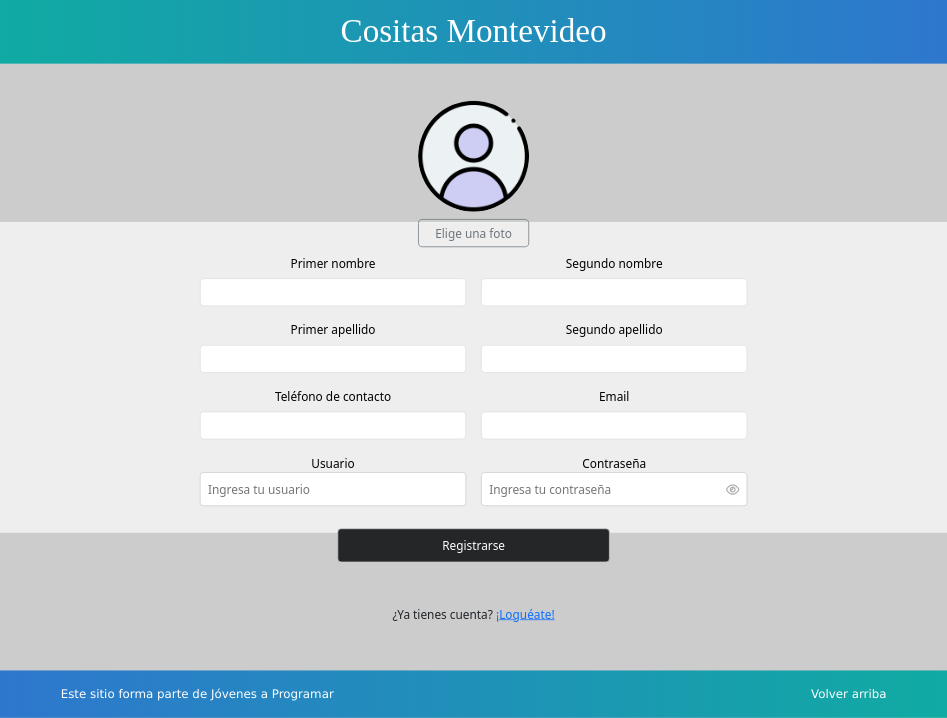
Repository: naticab/proyecto-dw
Page: registration.html
An editor plug-in stored every save of this project. The page is shown before and after the next save, followed by the edit.
The browser window is 1280 px wide. The pictures show the whole page, at 74% of full size.
Some web fonts or font styles are not loaded; a fallback is used.

Above is the page before, as saved 2024-10-23 15:27:44.
Console error: TypeError: Cannot read properties of null (reading 'classList')

### registration.html
<!DOCTYPE html>
<html lang="es">

<head>
    <meta charset="UTF-8">
    <meta name="viewport" content="width=device-width, initial-scale=1, shrink-to-fit=no">
    <title>eMercado - Todo lo que busques está aquí</title>

    <link href="https://fonts.googleapis.com/css?family=Raleway:300,300i,400,400i,700,700i,900,900i" rel="stylesheet">
    <link href="css/bootstrap.min.css" rel="stylesheet">
    <link href="https://cdn.jsdelivr.net/npm/bootstrap@5.3.0/dist/css/bootstrap.min.css" rel="stylesheet">
    <link href="https://cdn.jsdelivr.net/npm/@fortawesome/fontawesome-free/css/all.min.css" rel="stylesheet">
    <link href="css/styles.css" rel="stylesheet" type="text/css">
    <link rel="stylesheet" href="css/registration.css" type="text/css">
    <link href="css/header-and-footer.css" rel="stylesheet">
    <link href="https://fonts.googleapis.com/css2?family=Love+Ya+Like+A+Sister&display=swap" rel="stylesheet">
</head>

<body>

    <header>
        <div class="header-container">
            <h1>Cositas Montevideo</h1>
        </div>
    </header>


    <main>
        <div class="profile-container">
            <div class="profile-image">
                <img src="img/usuario.png" id="profilePic" alt="avatar">
                <input type="file" name="foto" id="foto" accept="image/*" style="display: none;" />
                <label for="foto" class="btn btn-outline-secondary">Elige una foto</label>
            </div>
            <form method="post" class="row" id="myForm">
                <div class="col-md-6">
                    <label for="nombre1" class="form-label">Primer nombre</label>
                    <input type="text" class="form-control" id="nombre1" name="nombre" required>
                    <div class="invalid-feedback">Debe ingresar un nombre.</div>
                </div>
                <div class="col-md-6">
                    <label for="nombre2" class="form-label">Segundo nombre</label>
                    <input type="text" class="form-control" id="nombre2" name="nombre2">
                </div>
                <div class="col-md-6">
                    <label for="apellido1" class="form-label">Primer apellido</label>
                    <input type="text" class="form-control" id="apellido1" name="apellido" required>
                    <div class="invalid-feedback">Debe ingresar un apellido.</div>
                </div>
                <div class="col-md-6">
                    <label for="apellido2" class="form-label">Segundo apellido</label>
                    <input type="text" class="form-control" id="apellido2" name="apellido2">
                </div>
                <div class="col-md-6">
                    <label for="telefono" class="form-label">Teléfono de contacto</label>
                    <input type="tel" class="form-control" id="telefono" name="telefono">
                </div>
                <div class="col-md-6">
                    <label for="email" class="form-label">Email</label>
                    <input type="email" class="form-control" id="email" name="email" required>
                    <div class="invalid-feedback">Debe ingresar un email.</div>
                </div>
                <div class="col-md-6">
                    <label for="username">Usuario</label>
                    <input type="text" id="username" name="username" placeholder="Ingresa tu usuario">
                </div>
                <div class="col-md-6">
                    <label for="password">Contraseña</label>
                    <div class="password-container">
                        <input type="password" id="password" name="password" placeholder="Ingresa tu contraseña">
                        <i class="far fa-eye" id="togglePassword"></i>
                    </div>
                </div>
                <div class="col-12 text-center">
                    <button type="submit" id="button">Registrarse</button>
                </div>
            </form>
            <br><br>
            <div>¿Ya tienes cuenta? <a href="login.html">¡Loguéate!</a></div>
        </div>
    </main>


    <footer class="text-center py-2">
        <div class="container">
            <div class="footer-content">
                <p class="footer-text">Este sitio forma parte de <a class="footer-link"
                        href="https://jovenesaprogramar.edu.uy/" target="_blank">Jóvenes a Programar</a></p>
                <p class="footer-link-end">
                    <a class="footer-link" href="#">Volver arriba</a>
                </p>
            </div>
        </div>
    </footer>

    <script src="js/bootstrap.bundle.min.js"></script>
    <script src="js/registration.js"></script>
    <script src="js/header-and-footer.js"></script>
</body>

</html>

### css/styles.css
.jumbotron,
.card-body,
.container,
.site-header {
  font-family: 'Verdana', serif !important;
}

.row {
  color: black;
}

#login-heading {
  font-size: 2rem;
}

.jumbotron .display-4 {
  font-weight: bold;
}

h2 {
  font-size: 2rem;
}

nav a {
  text-decoration: none;
}

.bd-placeholder-img {
  font-size: 1.125rem;
  text-anchor: middle;
  -webkit-user-select: none;
  -moz-user-select: none;
  -ms-user-select: none;
  user-select: none;
}

@media (min-width: 768px) {
  .bd-placeholder-img-lg {
    font-size: 3.5rem;
  }
}

.jumbotron {
  height: 50vh;
  padding: 5em inherit;
  margin-bottom: 0;
  background-color: #53C0FB;
  background: url('../img/cover_back.png');
  background-size: cover;
  background-position: center;
  background-repeat: no-repeat;
  color: black;
  font-weight: bold;
}

@media (min-width: 768px) {
  .jumbotron {
    padding-top: 6rem;
    padding-bottom: 6rem;
  }
}

.jumbotron p:last-child {
  margin-bottom: 0;
}

.jumbotron-heading {
  font-weight: 300;
}

.jumbotron .container {
  max-width: 40rem;
  background-color: rgba(255, 255, 255, 0.5);
  border-radius: 10px;
  text-shadow: 1px 1px 2px grey;
}

.jumbotron .lead {
  font-size: 38px;
}

.dropzone {
  border: 2px dashed #0087F7;
  border-radius: 5px;
  background: white;
}

.img-fit {
  max-height: 100%;
}

.alert {
  position: fixed;
  top: 80px;
  width: 50%;
  left: 50%;
  transform: translate(-50%, 0);
}

.lds-ring {
  display: inline-block;
  position: relative;
  width: 64px;
  height: 64px;
  top: 50%;
  left: 50%;
}

.cursor-active {
  cursor: pointer;
}

.left {
  float: left;
  padding: 4px;
  background-color: rgba(255, 255, 255, 0.5);
}

.lds-ring div {
  box-sizing: border-box;
  display: block;
  position: absolute;
  width: 51px;
  height: 51px;
  margin: 6px;
  border: 6px solid #fff;
  border-radius: 50%;
  animation: lds-ring 1.2s cubic-bezier(0.5, 0, 0.5, 1) infinite;
  border-color: #fff transparent transparent transparent;
}

.lds-ring div:nth-child(1) {
  animation-delay: -0.45s;
}

.lds-ring div:nth-child(2) {
  animation-delay: -0.3s;
}

.lds-ring div:nth-child(3) {
  animation-delay: -0.15s;
}

@keyframes lds-ring {
  0% {
    transform: rotate(0deg);
  }

  100% {
    transform: rotate(360deg);
  }
}

.signin {
  width: 100%;
  max-width: 330px;
  padding: 15px;
  margin: auto;
}

#spinner-wrapper {
  position: fixed;
  background-color: rgba(0, 0, 0, 0.5);
  width: 100%;
  height: 100%;
  top: 0;
  left: 0;
  z-index: 1021;
  display: none;
}

/* main {
  min-height: calc(100vh - 210px);
} */

a.custom-card,
a.custom-card:hover {
  color: inherit;
  text-decoration: inherit;
}

.checked {
  color: orange;
}

### css/registration.css
body {
    min-height: 100vh;
    background: linear-gradient(to bottom, #cccccc 300px, #eeeeee 300px);
    display: flex;
    flex-direction: column;
    margin: 0;
    padding: 0;
}


main {
    flex-grow: 1; /* Permite que el main crezca y ocupe todo el espacio disponible */
    display: flex;
    justify-content: center;
    align-items: center;
    margin-bottom: 100px; /* Añadir espacio inferior para evitar que el footer se solape */
}


.login-container {
    width: 30em;
    text-align: center;
}

input,
button {
    width: 100%;
    padding: 10px;
    margin: 10px 0;
    border-radius: 5px;
    border: 1px solid #ccc;
}

button {
    width: 50%;
    background-color: #252628;
    color: white;
    cursor: pointer;
}

button:hover {
    background-color: #3f3f3f;
}


.password-container {
    position: relative;
}

.password-container i {
    position: absolute;
    right: 10px;
    top: 50%;
    transform: translateY(-50%);
    cursor: pointer;
    color: #aaa;
}


header {
    background: #121219;
    color: #fff;
    width: 100%;
    display: flex;
    justify-content: center;
    align-items: center;
    padding: 1rem 0;
    box-sizing: border-box;
    /* Asegúrate de que el padding no afecte el ancho total */
    margin: 0;
}

.header-container {
    width: 100%;
    text-align: center;
}

h1 {
    font-family: "Love Ya Like A Sister", cursive;
    margin: 0;
}



@media (max-width: 768px) {
    .login-container {
        width: 25em;
    }
}

@media (max-width: 576px) {

    body {
        background-color: #AAA8A4;
    }

    .login-container {
        width: 20em;
        padding: 15px;
    }

    button {
        width: 50%;
    }

    input {
        margin: 5px 0;
    }

    footer {
        visibility: hidden;
    }
}







.bd-placeholder-img {
    font-size: 1.125rem;
    text-anchor: middle;
    -webkit-user-select: none;
    -moz-user-select: none;
    -ms-user-select: none;
    user-select: none;
}

@media (min-width: 768px) {
    .bd-placeholder-img-lg {
        font-size: 3.5rem;

    }

    html,
    body {
        height: 100%;
        margin: 0;
    }
}


.profile-container {
    display: flex;
    flex-direction: column;
    align-items: center;
    padding-top: 50px;
    margin: 0 auto;
    max-width: 800px;
    padding: 50px 20px 20px 20px;
    height: 100%;
}

.profile-image img {
    border-radius: 50%;
    width: 150px;
    height: 150px;
}

form {
    max-width: 800px;
    width: 100%;
}

label {
    display: block;
    text-align: center;
}

button {
    margin-top: 20px;
}

input {
    display: block;
    margin: 0 auto;
}

.row {
    display: flex;
    flex-wrap: wrap;
    justify-content: center;
}

.col-md-6 {
    width: 50%;
    padding: 10px;
}

.btn-outline-secondary {
    display: block;
    margin-top: 10px;
}

### css/header-and-footer.css
header {
    background: linear-gradient(to right, #10ABA2, #2E77CE);
    color: #fff;
    position: relative;
}

h1 {
    font-family: "Love Ya Like A Sister", cursive;
    font-size: 2.8rem;
}

a#inicio {
    color: #f1f1f1;
    text-decoration: none;
}

a#inicio:hover {
    color: white;
    transition: color 0.3s, text-shadow 0.3s;
}

.subtitulos-header {
    font-size: 1.2rem;
}

a.nav-link {
    color: #f1f1f1;
}

a.nav-link:hover {
    color: #9b9a9b;
    transition: color 0.3s, text-shadow 0.3s;
    transform: scale(1.05);
}

/* Espaciado entre los elementos del menú */
.navbar-nav .nav-item {
    margin-right: 40px;
}

.navbar-nav .nav-item:last-child {
    margin-right: 0;
    /* Quitar margen derecho al último elemento */
}

#user-name.nav-link {
    color: #f1f1f1;
}

#user-name.nav-link:hover {
    color: #9b9a9b;
    transform: scale(1.05);
    transition: color 0.3s, text-shadow 0.3s;
}

.navbar-collapse {
    justify-content: flex-end;
}

.navbar-toggler:hover {
    cursor: pointer;
}


.user-avatar {
    border-radius: 50%;
    width: 50px;
    height: 50px;
}

.user-avatar:hover {
    transform: scale(1.10);
    transition: 0.3s;
}

.navbar-nav .dropdown-menu {
    background: linear-gradient(to right, #10ABA2, #2E77CE);
    border: none;
}

.navbar-nav .dropdown-menu:hover {
    cursor: pointer;
    color: #9b9a9b;
    transition: color 0.3s, text-shadow 0.3s;
}

.dropdown-toggle::after {
    display: none;
}

.navbar-nav .nav-link {
    display: flex;
    align-items: center;
    height: 100%;
    padding: 0.5rem 0;
}



/* Modo Claroscuro */

/* Modo Claro */
body.light-mode {
    background-color: #edf2f374;
}

body.light-mode .product-card:hover {
    box-shadow: 0 4px 8px #16161633;
    background-color: #bef3ff91;
    cursor: pointer;
}

body.light-mode .related-products:hover {
    box-shadow: #00000033;
    background-color: #bef3ff91;
    cursor: pointer;
}



/* Modo Oscuro */
body.dark-mode {
    background-color: #262729;
    color: rgb(208, 208, 208);
}

body.dark-mode .product-card:hover {
    box-shadow: 0 4px 8px #16161633;
    background-color: #bef3ff;
    cursor: pointer;
}

body.dark-mode .related-products:hover {
    box-shadow: #00000033;
    background-color: #bef3ff;
    cursor: pointer;
}

body.dark-mode .color-letters {
    color: white;
}


/* Palanca para activar el claroscuro */

#mode-toggle {
    border: none;
    outline: none;
    box-shadow: none;
}

#mode-toggle i {
    transition: color 0.3s;
    font-size: 1.2rem;
    cursor: pointer;
    color: #ffffff;
}

#mode-toggle:hover {
    background: none;
    transform: scale(1.05);
}

#mode-toggle:hover .fa-sun {
    color: #ffd700;
}

#mode-toggle:hover .fa-moon {
    color: #000000;
}



/* Cart */

#cart-button {
    border: none;
    outline: none;
    box-shadow: none;
    background-color: transparent;
}

#cart-button i {
    transition: color 0.3s;
    font-size: 1.2rem;
    color: #ffffff;
}

#cart-button i:hover {
    color: #9B9A9B;
    transform: scale(1.05);
}




@media (max-width: 995px) {

    .hamburger {
        display: flex;
        flex-direction: row;
        align-items: center;
        justify-content: space-between;
    }

    .navbar-toggler {
        position: relative;
        right: 0;
    }

    .navbar-collapse {
        display: none;
        position: absolute;
        top: 148%;
        left: -45px;
        width: 270%;
        z-index: 999;
        flex-direction: column-reverse;
        align-items: center;
        justify-content: center;
    }

    .navbar-collapse.show {
        display: flex;
    }

    .navbar-nav {
        background: linear-gradient(to right, #10ABA2, #2E77CE);
        color: #fff;
        padding: 1.5rem;
        border-radius: 0 0 100px 100px;
        font-weight: bold;
        text-align: center;
        display: flex;
        justify-content: center;
        /* Centra horizontalmente todos los li */
        align-items: center;
        /* Centra verticalmente los li */
        width: 100%;
    }

    .navbar-toggler-icon {
        background-image: url('data:[embedded picture, 238 characters]');
        filter: brightness(0) invert(1);
        /* Cambia el icono a blanco */
    }

    .navbar-toggler:focus {
        outline: none;
        box-shadow: none;
    }


    .navbar-nav:hover {
        cursor: pointer;
    }

    a.nav-link:hover {
        color: #9b9a9b;
        transition: color 0.3s, text-shadow 0.3s;
        transform: scale(1.05);
    }

    .navbar-nav .nav-item {
        margin: 10px 0;
    }
}


footer {
    background: linear-gradient(to right, #2E77CE, #10ABA2);
    color: #fff;
    min-height: 4rem;
    display: flex;
    justify-content: center;
    align-items: center;
    padding: 0 1rem;
}

.container {
    width: 100%;
}

.footer-content {
    display: flex;
    justify-content: space-between;
    width: 100%;
    align-items: center;
}

.footer-text {
    margin: 0;
    text-align: center;
}

.footer-link-end {
    margin: 0;
    text-align: right;
}

.footer-link {
    color: #fff;
    text-decoration: none;
}

.footer-link:hover {
    color: #9b9a9b;
    transition: color 0.3s, text-shadow 0.3s;
    transform: scale(1.05);
}


/* Menú desplegable del usuario */

@media (max-width: 995px) {
    .navbar-nav .dropdown-menu {
        width: auto;
        min-width: 150px;
        max-width: 200px;
        left: 0;
        right: auto;
        top: 100%;
        position: relative;
        z-index: 1000;
    }

    .dropdown-menu>li {
        padding: 0.05rem;

    }

    .dropdown-item {
        width: 100%;
        white-space: normal;
    }
}

main {
    min-height: 100vh;
    /* El contenido ocupará al menos el 100% de la altura de la ventana */
    padding-bottom: 30px;
    /* Da espacio suficiente para que el contenido no se superponga con el footer */
    box-sizing: border-box;
}

### js/registration.js
document.getElementById('togglePassword').addEventListener('click', function () {
  const passwordField = document.getElementById('password');
  const type = passwordField.getAttribute('type') === 'password' ? 'text' : 'password';
  passwordField.setAttribute('type', type);

  this.classList.toggle('fa-eye-slash');
});

document.getElementById('myForm').addEventListener('submit', function (event) {
  // Evitar que el formulario se envíe al servidor
  event.preventDefault();

  const username = document.getElementById('username').value;
  const password = document.getElementById('password').value;

  if (username !== '' && password !== '') {
      alert('¡Bienvenido! Muchas gracias por registrarte con nosotros');

      localStorage.setItem('isAuthenticated', 'true');
      localStorage.setItem('username', username);

      window.location.href = 'index.html';
  } else {
      alert('Por favor, ingresa un usuario y contraseña válidos.');
  }
});



document.addEventListener("DOMContentLoaded", function () {
    const defaultFile = 'img/usuario.png';
    const fileInput = document.getElementById('foto');
    const profilePic = document.getElementById('profilePic');
    const userImageElement = document.getElementById('user-image');
    const userImage = userImageElement ? userImageElement.querySelector('img') : null;

    // Cargar la imagen de perfil desde localStorage
    const savedImage = localStorage.getItem('profileImage');
    if (savedImage) {
      profilePic.src = savedImage; // Actualiza la imagen en el perfil
      if (userImage) userImage.src = savedImage; // Actualiza la imagen en el header
    } else {
      profilePic.src = defaultFile; // Imagen por defecto
      if (userImage) userImage.src = defaultFile; // Imagen por defecto
    }

    fileInput.addEventListener('change', e => {
      if (e.target.files[0]) {
        const reader = new FileReader();
        reader.onload = function (e) {
          const imageBase = e.target.result;
          profilePic.src = imageBase; // Actualiza la imagen en el perfil
          if (userImage) userImage.src = imageBase; // Actualiza la imagen en el header
          localStorage.setItem('profileImage', imageBase); // Guarda la imagen en localStorage
        };
        reader.readAsDataURL(e.target.files[0]); // Lee el archivo como URL en Base64
      } else {
        profilePic.src = defaultFile; // Imagen por defecto
        if (userImage) userImage.src = defaultFile; // Imagen por defecto
        localStorage.removeItem('profileImage'); // Eliminar imagen de localStorage
      }
    });

    // Recuperar los datos guardados en localStorage al cargar la página
    const nombre1 = document.getElementById("nombre1");
    const apellido = document.getElementById("apellido1");
    const email = document.getElementById("email");

    if (localStorage.getItem("nombre")) {
      nombre1.value = localStorage.getItem("nombre");
    }

    if (localStorage.getItem("apellido")) {
      apellido.value = localStorage.getItem("apellido");
    }

    if (localStorage.getItem("userEmail")) {
      email.value = localStorage.getItem("userEmail");
    }

    // Validación del formulario y guardar datos en localStorage
    document.getElementById("regBtn").addEventListener("click", function (e) {
      e.preventDefault(); // Evita el envío del formulario
      let isValid = true;

      // Validar campos requeridos
      if (!nombre1.value.trim()) {
        nombre1.classList.add("is-invalid");
        isValid = false;
      } else {
        nombre1.classList.remove("is-invalid");
        nombre1.classList.add("is-valid");
      }

      if (!apellido.value.trim()) {
        apellido.classList.add("is-invalid");
        isValid = false;
      } else {
        apellido.classList.remove("is-invalid");
        apellido.classList.add("is-valid");
      }

      // Validación del email usando una expresión regular para verificar que tenga @
      const emailRegex = /^[^\s@]+@[^\s@]+\.[^\s@]+$/;
      if (!email.value.trim() || !emailRegex.test(email.value)) {
        email.classList.add("is-invalid");
        isValid = false;
      } else {
        email.classList.remove("is-invalid");
        email.classList.add("is-valid");
      }

      // Si todo es válido, guardar en localStorage
      if (isValid) {
        localStorage.setItem("nombre", nombre1.value);
        localStorage.setItem("apellido", apellido.value);
        localStorage.setItem("userEmail", email.value);
        alert("Datos guardados con éxito.");
      }
    });
  });

### js/header-and-footer.js
document.addEventListener('click', function(event) {
    var navbar = document.querySelector('.navbar-collapse');
    var toggler = document.querySelector('.navbar-toggler');

    // Si el menú está abierto y se hace clic fuera de él, lo cierra
    if (navbar.classList.contains('show') && !navbar.contains(event.target) && !toggler.contains(event.target)) {
        var bsCollapse = new bootstrap.Collapse(navbar, {
            toggle: false
        });
        bsCollapse.hide();
    }
});

// Cerrar el menú automáticamente al hacer clic en cualquier enlace
var navLinks = document.querySelectorAll('.nav-link');
navLinks.forEach(function(link) {
    link.addEventListener('click', function() {
        var navbar = document.querySelector('.navbar-collapse');
        var bsCollapse = new bootstrap.Collapse(navbar, {
            toggle: false
        });
        bsCollapse.hide();
    });
});


// Modo Claroscuro

// Seleccionar el botón y el icono
const modeToggle = document.getElementById("mode-toggle");
const themeIcon = document.getElementById("theme-icon");

// Establecer el modo inicial según el modo de color preferido del navegador
if (localStorage.getItem("theme") === "dark") {
    document.body.classList.add("dark-mode");
    themeIcon.classList.remove("fa-moon");
    themeIcon.classList.add("fa-sun");
} else {
    document.body.classList.add("light-mode");
    themeIcon.classList.remove("fa-sun");
    themeIcon.classList.add("fa-moon");
}

// Función para alternar entre modos
modeToggle.addEventListener("click", () => {
    document.body.classList.toggle("dark-mode");
    document.body.classList.toggle("light-mode");

    // Cambiar el icono y guardar la preferencia en localStorage
    if (document.body.classList.contains("dark-mode")) {
        themeIcon.classList.remove("fa-moon");
        themeIcon.classList.add("fa-sun");
        localStorage.setItem("theme", "dark");
    } else {
        themeIcon.classList.remove("fa-sun");
        themeIcon.classList.add("fa-moon");
        localStorage.setItem("theme", "light");
    }
});

Loaded but not shown: css/bootstrap.min.css (library); js/bootstrap.bundle.min.js (library)

After the next save:
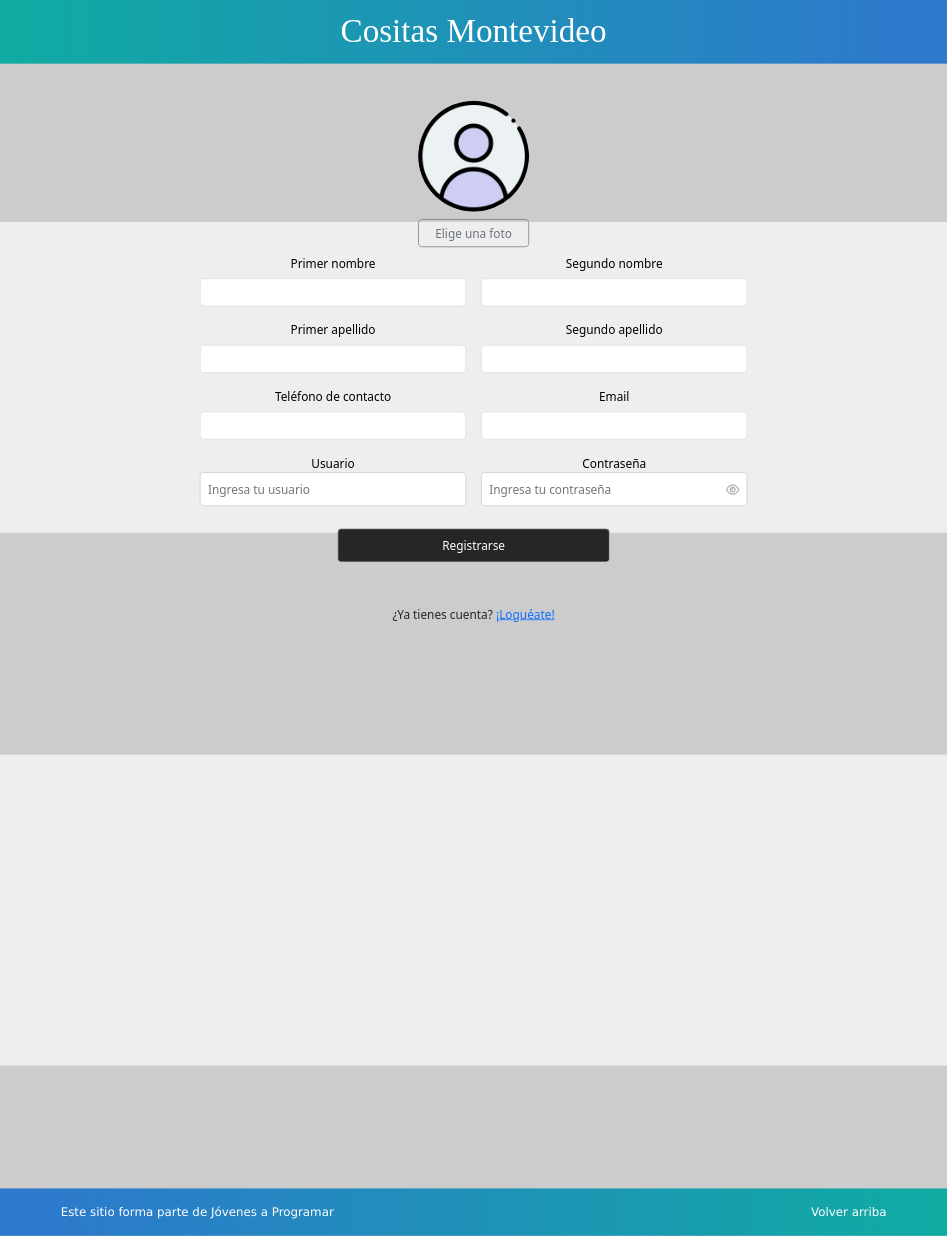
Saved 23 s later.
--- a/css/registration.css
+++ b/css/registration.css
@@ -13,7 +13,7 @@ main {
     display: flex;
     justify-content: center;
     align-items: center;
-    margin-bottom: 100px; /* Añadir espacio inferior para evitar que el footer se solape */
+    margin-bottom: 800px; /* Añadir espacio inferior para evitar que el footer se solape */
 }
 
 
